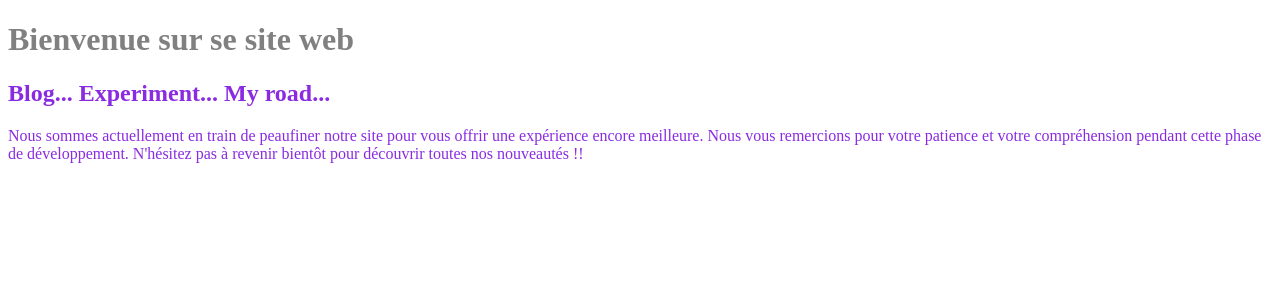
Repository: ValetteEvan/PersonalWebApp
Page: index.html
The author's editor kept a copy of each file at every save. The page is drawn from the files as they stood at one save, then again after the next save.
The browser window is 1280 px wide. The pictures show the whole page.

Above is the page before, as saved 2025-01-07 17:41:17.

After the next save:
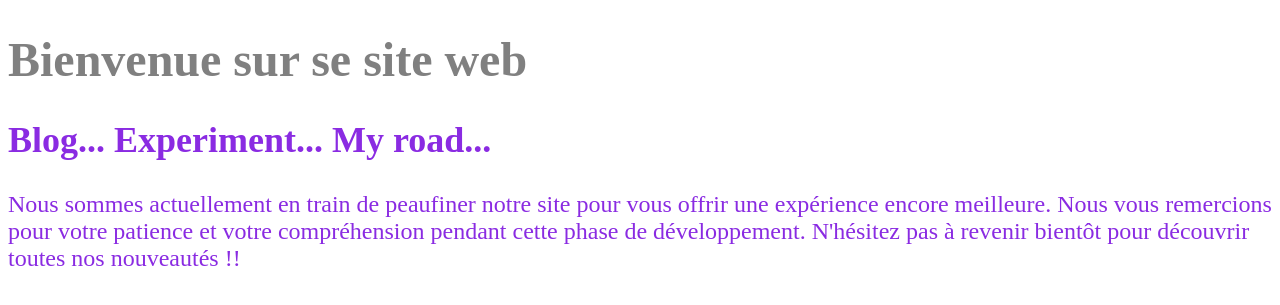
Saved 4 s later.
--- a/style.css
+++ b/style.css
@@ -2,6 +2,6 @@ h1 {
     color: gray;
 }
 .webGlobal{
-    font-size: 1em;
+    font-size: 1.5em;
     color: blueviolet;
 }
